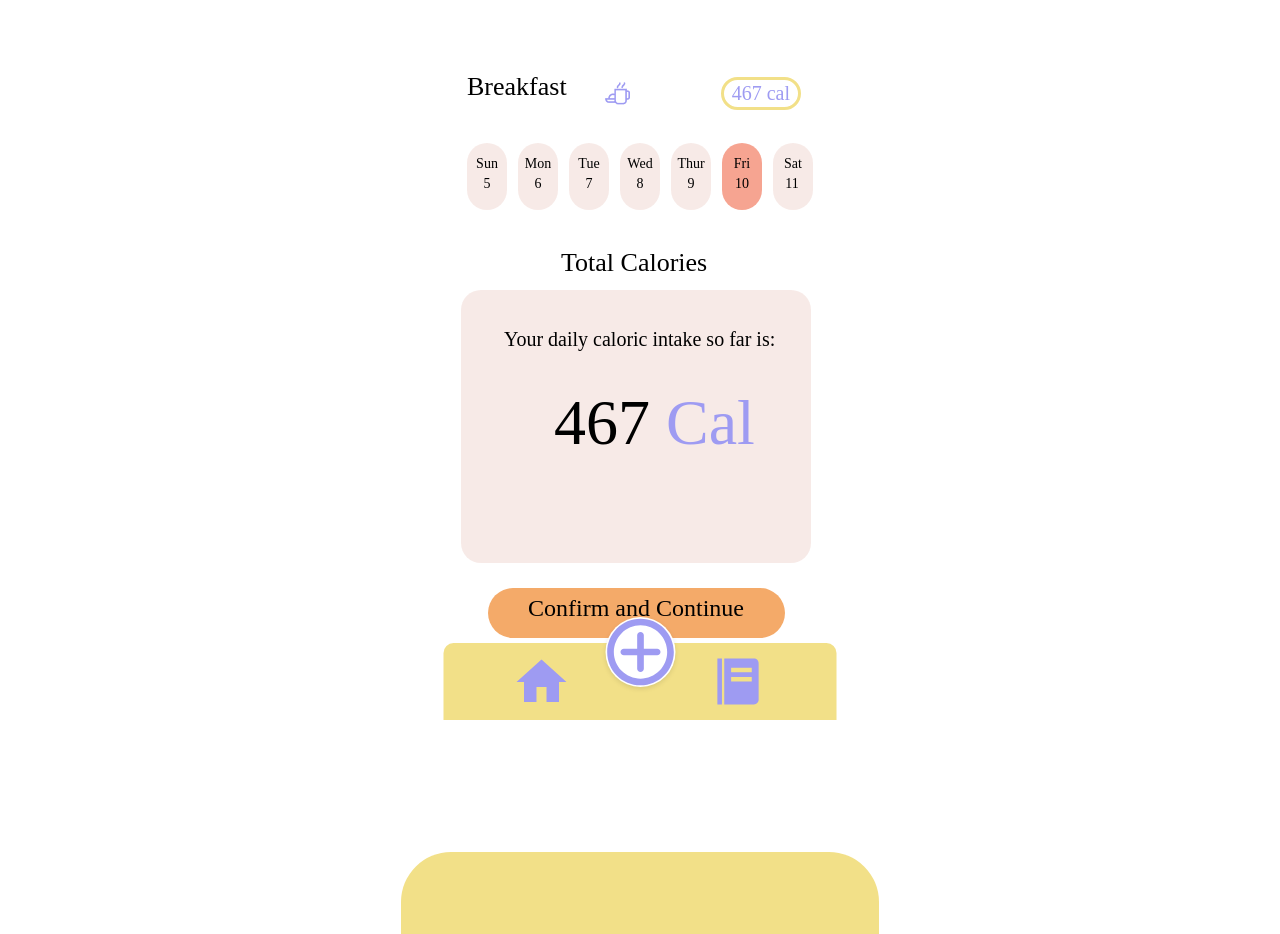
Repository: MeowCeline00/G5-Calorie-Tracker
Page: BreakfastCalCounter/index.html
An editor plug-in stored every save of this project. The page is shown before and after the next save, followed by the edit.
The browser window is 1280 px wide. The pictures show the whole page.

Above is the page before, as saved 2024-05-26 14:09:27.
Console error: ReferenceError: renderLandingPage is not defined

After the next save:
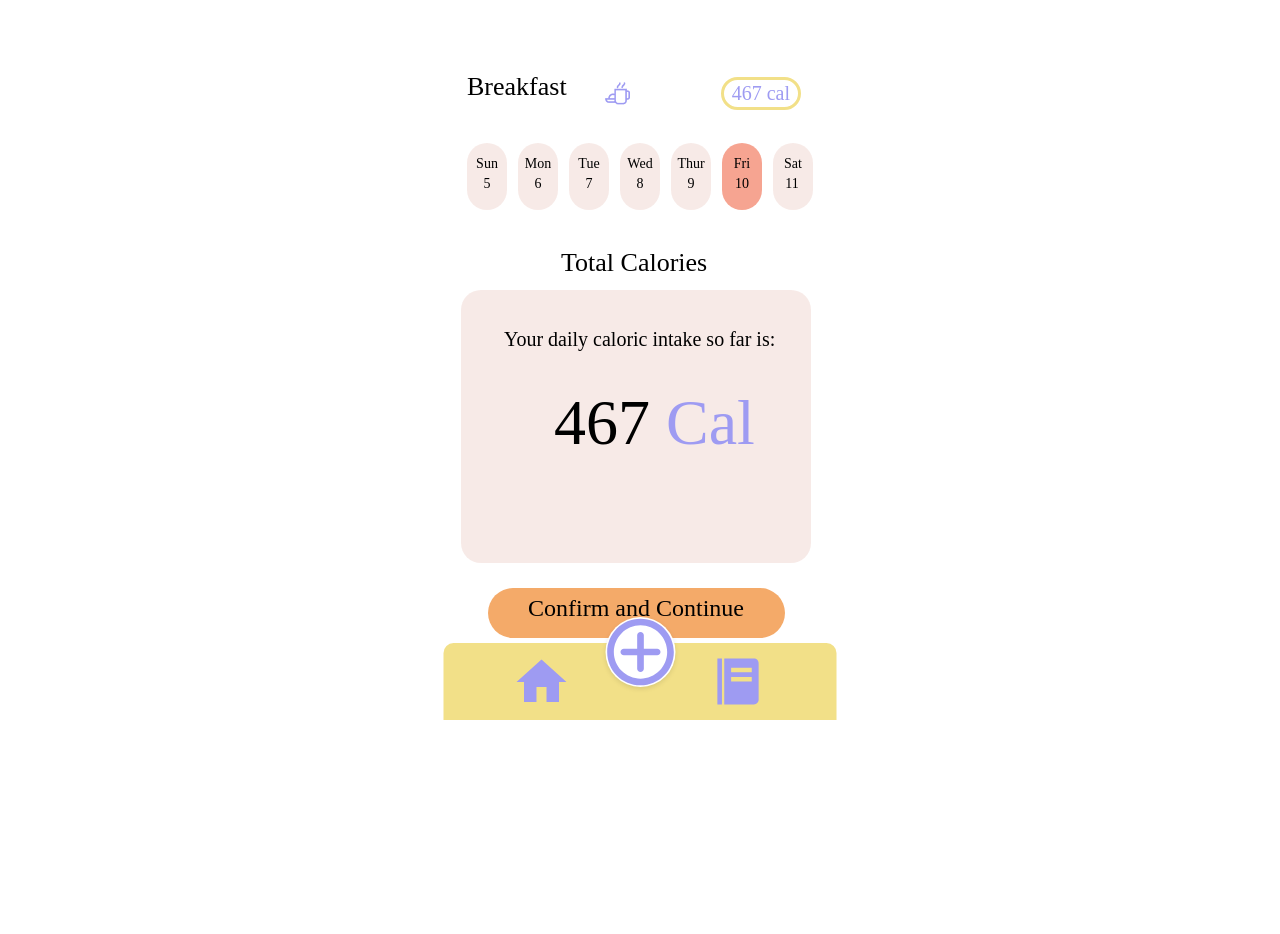
Saved 24 s later.
--- a/BreakfastCalCounter/index.css
+++ b/BreakfastCalCounter/index.css
@@ -320,7 +320,6 @@
 
 
 .navBar {
-    background-color: #F2E088;
     width: 430px;
     height: 50px;
     display: flex;
